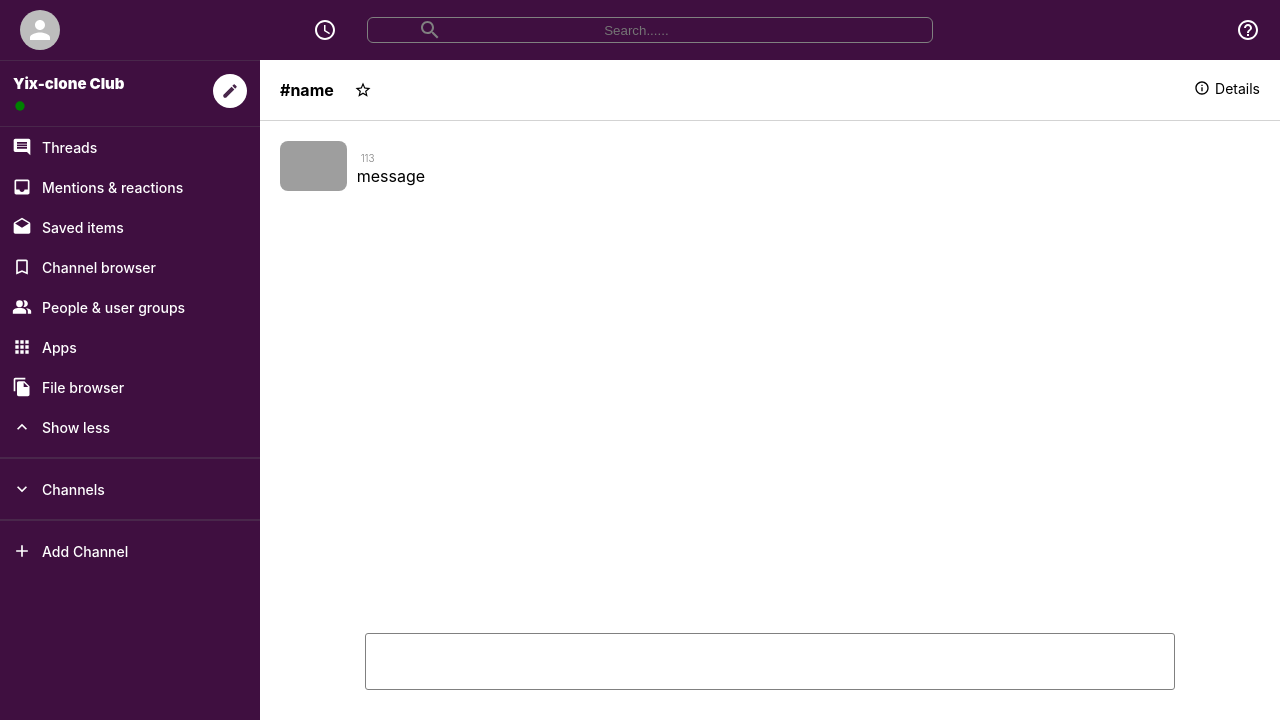
Repository: Tracy-maker/slack-clone
Page: /
The author's editor kept a copy of each file at every save. The page is drawn from the files as they stood at one save, then again after the next save.
The browser window is 1280 px wide. The pictures show the whole page.
Pictures or frames that could not be fetched are drawn as grey boxes. The page's requests for data from a server got no answer. The project was rebuilt for these pictures with package versions that can differ from the ones it lists, and the page was loaded fresh each time. No one was signed in, and anything a server would have sent is missing. Also part of the build but not shown: src/App.css.

Above is the page before, as saved 2023-11-16 06:11:05.

### src/App.js
import React from "react";
import { createBrowserRouter, RouterProvider, Route } from "react-router-dom";
import styled from "styled-components";
import Chat from "./components/Chat/Chat";
import "./App.css";
import Login from "./components/Login/Login";
import Header from "./components/Header/Header";
import Sidebar from "./components/Sidebar/Sidebar";

const AppLoading = styled.div`
  display: grid;
  place-items: center;
  height: 100vh;
  width: 100%;
`;

const AppLoadingContents = styled.div`
  text-align: center;
  padding-bottom: 100px;
  display: flex;
  flex-direction: column;
  justify-content: center;
  align-items: center;

  > img {
    height: 100px;
    padding: 20px;
    margin-bottom: 40px;
  }
`;

const AppBody = styled.div`
  display: flex;
  height: 100vh;
`;

function App() {
  const router = createBrowserRouter([
    {
      path: "/",
      element: <Chat />,
    },
  ]);

  return (
    <div className="app">
      <Login />

      <>
        <Header />
        <AppBody>
          <Sidebar />
          <RouterProvider router={router} />
        </AppBody>
      </>
    </div>
  );
}

export default App;

### src/index.css
*{
    margin: 0;
  }

  body {
    --slack-color: #3f0f40;
    overflow: hidden;

    margin: 0;
    font-family: -apple-system, BlinkMacSystemFont, 'Segoe UI', 'Roboto', 'Oxygen',
      'Ubuntu', 'Cantarell', 'Fira Sans', 'Droid Sans', 'Helvetica Neue',
      sans-serif;
    -webkit-font-smoothing: antialiased;
    -moz-osx-font-smoothing: grayscale;
  }

  code {
    font-family: source-code-pro, Menlo, Monaco, Consolas, 'Courier New',
      monospace;
  }

### src/features/counterSlice.js
import { createSlice } from "@reduxjs/toolkit";

const initialState = {
  value: 0,
  status: "idle",
};

export const counterSlice = createSlice({
  name: "counter",
  initialState,
  // The `reducers` field lets us define reducers and generate associated actions
  reducers: {
    increment: (state) => {
      // Redux Toolkit allows us to write "mutating" logic in reducers. It
      // doesn't actually mutate the state because it uses the Immer library,
      // which detects changes to a "draft state" and produces a brand new
      // immutable state based off those changes
      state.value += 1;
    },
    decrement: (state) => {
      state.value -= 1;
    },
    // Use the PayloadAction type to declare the contents of `action.payload`
    incrementByAmount: (state, action) => {
      state.value += action.payload;
    },
  },
});

export default counterSlice.reducer;

### src/components/Chat/Chat.jsx
import React from "react";
import styled from "styled-components";
import StarBorderOutlinedIcon from "@mui/icons-material/StarBorderOutlined";
import InfoOutlinedIcon from "@mui/icons-material/InfoOutlined";
import Message from "../Message/Message";
import ChatInput from "../Chatinput/ChatInput";

const ChatContainer = styled.div`
  flex: 0.7;
  flex-grow: 1;
  overflow-y: scroll;
  margin-top: 60px;
`;

const Header = styled.div`
  display: flex;
  justify-content: space-between;
  padding: 20px;
  border-bottom: 1px solid lightgray;
`;

const HeaderLeft = styled.div`
  display: flex;
  align-items: center;

  > h4 {
    display: flex;
    text-transform: lowercase;
  }

  > .MuiSvgIcon-root {
    margin-left: 20px;
    font-size: 18px;
  }
`;

const HeaderRight = styled.div`
  > p {
    display: flex;
    flex-grow: 1;
    overflow-y: scroll;
    font-size: 14px;
  }

  > p > .MuiSvgIcon-root {
    margin-right: 5px !important;
    font-size: 16px;
  }
`;

const ChatMessages = styled.div``;

const ChatBottom = styled.div`
  padding-bottom: 200px;
`;

function Chat() {
  return (
    <ChatContainer>
      <>
        <Header>
          <HeaderLeft>
            <h4>
              <strong>#name</strong>
            </h4>
            <StarBorderOutlinedIcon />
          </HeaderLeft>
          <HeaderRight>
            <p>
              <InfoOutlinedIcon />Details
            </p>
          </HeaderRight>
        </Header>

        <ChatMessages>
          <Message
            message="message"
            timestamp="timestamp"
            user="user"
            userImage="userImage"
          />

          <ChatBottom />
        </ChatMessages>

        <ChatInput channelId="channelId" channelName="name" />
      </>
    </ChatContainer>
  );
}

export default Chat;

### src/components/Header/Header.jsx
import React from "react";
import styled from "styled-components";
import { Avatar } from "@mui/material";
import { AccessTime, HelpOutline, Search } from "@mui/icons-material";

const HeaderContainer = styled.div`
  display: flex;
  position: fixed;
  width: 100%;
  align-items: center;
  justify-content: space-between;
  padding: 10px 0;
  background-color: var(--slack-color);
  color: white;
`;

const HeaderLeft = styled.div`
  flex: 0.3;
  display: flex;
  align-items: center;
  margin-left: 20px;

  > .MuiSvgIcon-root {
    margin-left: auto;
    margin-right: 30px;
  }
`;

const HeaderAvatar = styled(Avatar)`
  cursor: pointer;

  :hover {
    opacity: 0.8;
  }
`;

const HeaderSearch = styled.div`
  flex: 0.4;
  opacity: 1;
  border-radius: 6px;
  border-color: #421f44;
  text-align: center;
  display: flex;
  padding: 0 50px;
  color: gray;
  border: 1px gray solid;

  > input {
    background-color: transparent;
    border: none;
    text-align: center;
    min-width: 30vw;
    outline: 0;
    color: white;
  }
`;

const HeaderRight = styled.div`
  flex: 0.3;
  display: flex;
  align-items: flex-end;

  > .MuiSvgIcon-root {
    margin: auto;
    margin-right: 20px;
  }
`;

function Header() {
  return (
    <HeaderContainer>
      <HeaderLeft>
        <HeaderAvatar />
        <AccessTime />
      </HeaderLeft>

      <HeaderSearch>
        <Search />
        <input placeholder="Search......" />
      </HeaderSearch>

      <HeaderRight>
        <HelpOutline />
      </HeaderRight>
    </HeaderContainer>
  );
}

export default Header;

### src/components/Sidebar/Sidebar.jsx
import React from "react";
import styled from "styled-components";
import FiberManualRecordIcon from "@mui/icons-material/FiberManualRecord";
import CreateIcon from "@mui/icons-material/Create";
import InsertCommentIcon from "@mui/icons-material/InsertComment";
import InboxIcon from "@mui/icons-material/Inbox";
import DraftsIcon from "@mui/icons-material/Drafts";
import BookmarkBorderIcon from "@mui/icons-material/BookmarkBorder";
import PeopleAltIcon from "@mui/icons-material/PeopleAlt";
import AppsIcon from "@mui/icons-material/Apps";
import FileCopyIcon from "@mui/icons-material/FileCopy";
import ExpandLessIcon from "@mui/icons-material/ExpandLess";
import ExpandMoreIcon from "@mui/icons-material/ExpandMore";
import AddIcon from "@mui/icons-material/Add";
import SidebarOption from "../SidebarOption/SidebarOption";
import { useCollection } from "react-firebase-hooks/firestore";
import { db } from "../../firebase";
import { collection } from "firebase/firestore";

const SidebarContainer = styled.div`
  flex: 0.3;
  color: white;
  background-color: var(--slack-color);
  border-top: 1px solid #49274b;
  max-width: 260px;
  margin-top: 60px;

  > hr {
    margin-top: 10px;
    margin-bottom: 10px;
    border: 1px solid #49274b;
  }
`;

const SidebarHeader = styled.div`
  display: flex;
  border-bottom: 1px solid #49274b;
  padding: 13px;

  > .MuiSvgIcon-root {
    padding: 8px;
    color: #49274b;
    font-size: 18px;
    background-color: white;
    border-radius: 999px;
  }
`;

const SidebarInfo = styled.div`
  flex: 1;

  > h2 {
    font-size: 15px;
    font-weight: 900;
    margin-bottom: 5px;
  }

  > h3 {
    display: flex;
    font-size: 13px;
    font-weight: 400;
    align-items: center;
  }

  > h3 > .MuiSvgIcon-root {
    font-size: 14px;
    margin-top: 1px;
    margin-right: 2px;
    color: green;
  }
`;

function Sidebar() {
  const [channels, loading, error] = useCollection(collection(db, "rooms"), {
    snapshotListenOptions: { includeMetadataChanges: true },
  });
  return (
    <SidebarContainer>
      <SidebarHeader>
        <SidebarInfo>
          <h2>Yix-clone Club</h2>
          <h3>
            <FiberManualRecordIcon />
          </h3>
        </SidebarInfo>
        <CreateIcon />
      </SidebarHeader>
      <SidebarOption Icon={InsertCommentIcon} title="Threads" />
      <SidebarOption Icon={InboxIcon} title="Mentions & reactions" />
      <SidebarOption Icon={DraftsIcon} title="Saved items" />
      <SidebarOption Icon={BookmarkBorderIcon} title="Channel browser" />
      <SidebarOption Icon={PeopleAltIcon} title="People & user groups" />
      <SidebarOption Icon={AppsIcon} title="Apps" />
      <SidebarOption Icon={FileCopyIcon} title="File browser" />
      <SidebarOption Icon={ExpandLessIcon} title="Show less" />
      <hr />
      <SidebarOption Icon={ExpandMoreIcon} title="Channels" />
      <hr />
      <SidebarOption Icon={AddIcon} title="Add Channel" addChannelOption />

      {channels?.docs.map((doc) => (
        <SidebarOption key={doc.id} title={doc.data().name} id={doc.id} />
      ))}
    </SidebarContainer>
  );
}

export default Sidebar;

### src/components/Message/Message.jsx
import React from "react";
import styled from "styled-components";

const MessageContainer = styled.div`
  display: flex;
  align-items: center;
  padding: 20px;

  > img {
    height: 50px;
    border-radius: 8px;
  }
`;

const MessageInfo = styled.div`
  padding-left: 10px;

  > h4 > span {
    color: gray;
    font-weight: 300;
    margin-left: 4px;
    font-size: 10px;
  }
`;

function Message({ message, timestamp, user, userImage }) {
  return (
    <MessageContainer>
      <img src={userImage} alt="" />
      <MessageInfo>
        <h4>
          <span>113</span>
        </h4>
        <p>{message}</p>
      </MessageInfo>
    </MessageContainer>
  );
}

export default Message;

### src/components/Chatinput/ChatInput.jsx
import React from "react";
import styled from "styled-components";
import { Button } from "@mui/material";

const ChatInputContainer = styled.div`
  border-radius: 20px;

  > form {
    position: relative;
    display: flex;
    justify-content: center;
  }

  > form > input {
    position: fixed;
    bottom: 30px;
    width: 60%;
    border: 1px solid gray;
    border-radius: 3px;
    padding: 20px;
    outline: none;
  }

  > form > button {
    display: none !important;
  }
`;

function ChatInput({ channelId, channelName, chatRef }) {
  return (
    <ChatInputContainer>
      <form action="POST">
        <input />
        <Button hidden type="submit">
          SEND
        </Button>
      </form>
    </ChatInputContainer>
  );
}

export default ChatInput;

### src/components/SidebarOption/SidebarOption.jsx
import React from "react";
import styled from "styled-components";
import { db } from "../../firebase";
import { addDoc, collection } from "firebase/firestore";
import { useDispatch } from "react-redux";
import { enterRoom } from "../../features/appSlice";

const SidebarOptionContainer = styled.div`
  display: flex;
  font-size: 12px;
  align-items: center;
  padding-left: 2px;
  cursor: pointer;

  :hover {
    opacity: 0.9;
    background-color: #340e36;
  }

  > h3 {
    font-weight: 500;
  }

  > h3 > span {
    padding: 15px;
  }
`;

const SidebarOptionChannel = styled.h3`
  padding: 10px;
  font-weight: 300;
`;

function SidebarOption({ Icon, title, addChannelOption, id }) {
  const dispatch = useDispatch();

  const addChannel = () => {
    const channelName = prompt("Please enter the channel name");

    if (channelName) {
      addDoc(collection(db, "rooms"), { name: channelName });
    }
  };
  const selectChannel = () => {
    if (id) {
      dispatch(enterRoom({ roomId: id }));
    }
  };

  return (
    <SidebarOptionContainer
      onClick={addChannelOption ? addChannel : selectChannel}
    >
      {Icon && <Icon fontSize="small" style={{ padding: 10 }} />}
      {Icon ? (
        <h3>{title}</h3>
      ) : (
        <SidebarOptionChannel>
          <span>#</span>
          {title}
        </SidebarOptionChannel>
      )}
    </SidebarOptionContainer>
  );
}

export default SidebarOption;

### src/firebase.js
import { initializeApp } from "firebase/app";
import { getFirestore } from "firebase/firestore";
import { getAuth } from "firebase/auth";
import { GoogleAuthProvider } from "firebase/auth";

const firebaseConfig = {
  apiKey: "AIzaSyD9EDKXhNJCp3f0qorLHHmIGORNq0sFIVc",
  authDomain: "slack-clone-b5212.firebaseapp.com",
  projectId: "slack-clone-b5212",
  storageBucket: "slack-clone-b5212.appspot.com",
  messagingSenderId: "573901722643",
  appId: "1:573901722643:web:abfb8ff0793ae694ef9be6",
};

const app = initializeApp(firebaseConfig);
const db = getFirestore(app);
const auth = getAuth(app);
const provider = new GoogleAuthProvider();

export { db, auth, provider };

### src/features/appSlice.js
import { createSlice } from "@reduxjs/toolkit";

const initialState = {
  roomId: null,
};

export const appSlice = createSlice({
  name: "app",
  initialState,

  reducers: {
    enterRoom: (state, action) => {
      state.roomId = action.payload.roomId;
    },
  },
});
export const { enterRoom } = appSlice.actions;
export const selectRoomId = (state) => state.app.roomId;
export default appSlice.reducer;

Loaded but not shown: public/index.html (common file); src/index.js (common file); src/app/store.js (common file); src/components/Login/Login.jsx (common file)

After the next save:
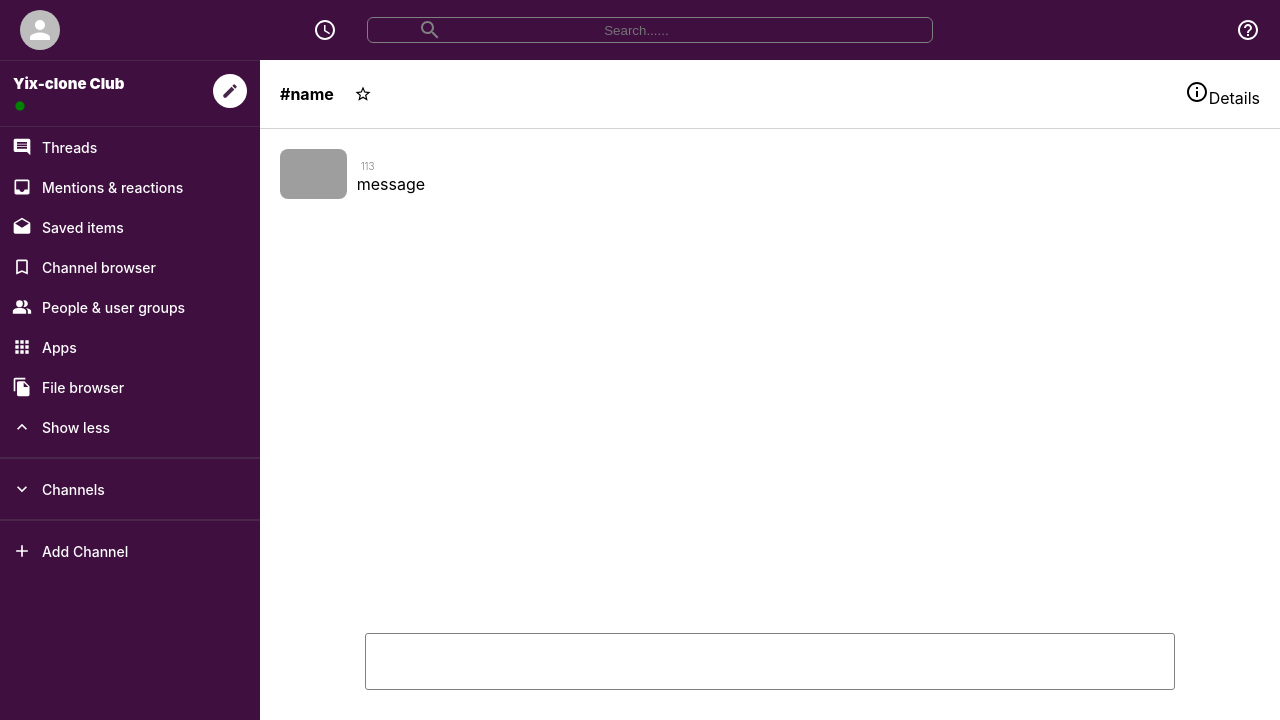
Saved 19 s later.
--- a/src/components/Chat/Chat.jsx
+++ b/src/components/Chat/Chat.jsx
@@ -66,9 +66,9 @@ function Chat() {
             <StarBorderOutlinedIcon />
           </HeaderLeft>
           <HeaderRight>
-            <p>
+            <div>
               <InfoOutlinedIcon />Details
-            </p>
+            </div>
           </HeaderRight>
         </Header>
 
